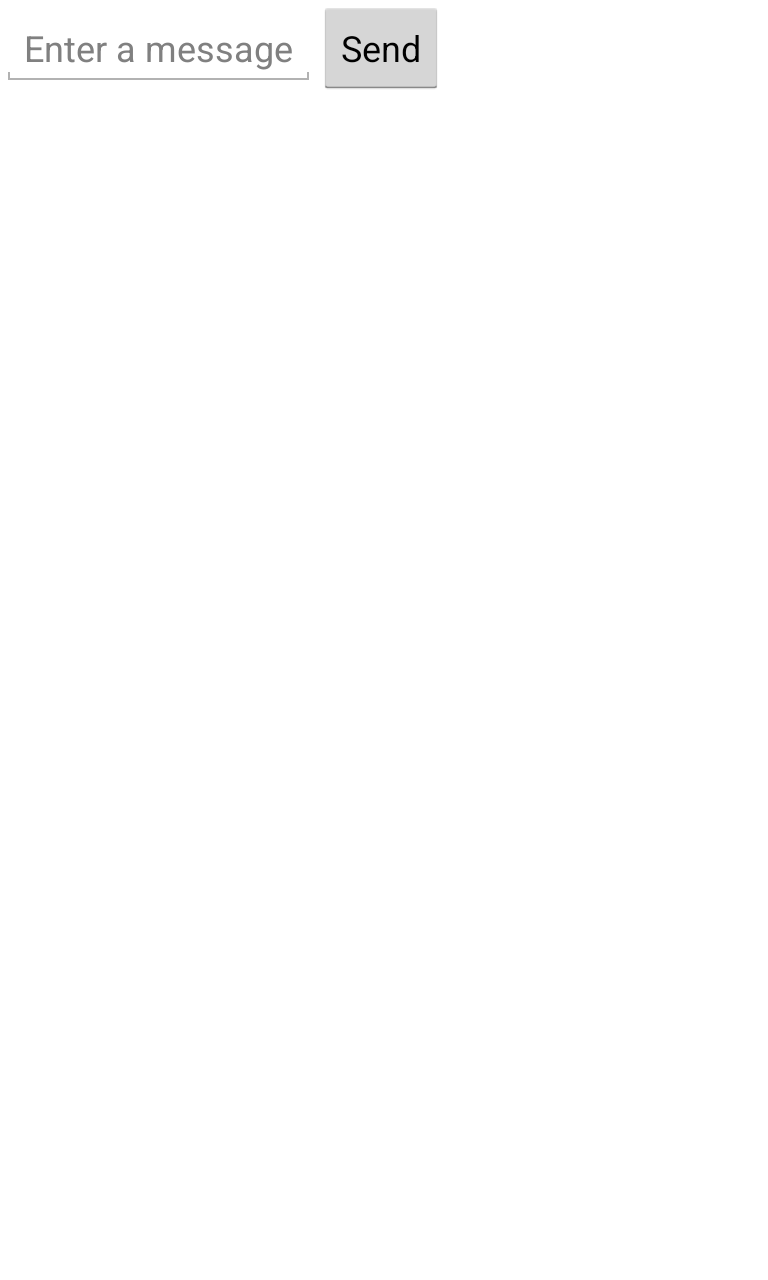
Repository: INBASD/Solar-Power-Project
Layout: Solar Power Calculate Android/res/layout/activity_main.xml
The author's editor kept a copy of each file at every save. The layout is drawn from the files as they stood at one save, then again after the next save.
It is drawn on a 768 x 1280 px phone screen (xhdpi) without system bars, with theme AppTheme; the app's code is not run.

Above is the layout before, as saved 2012-08-27 01:23:04.

After the next save:
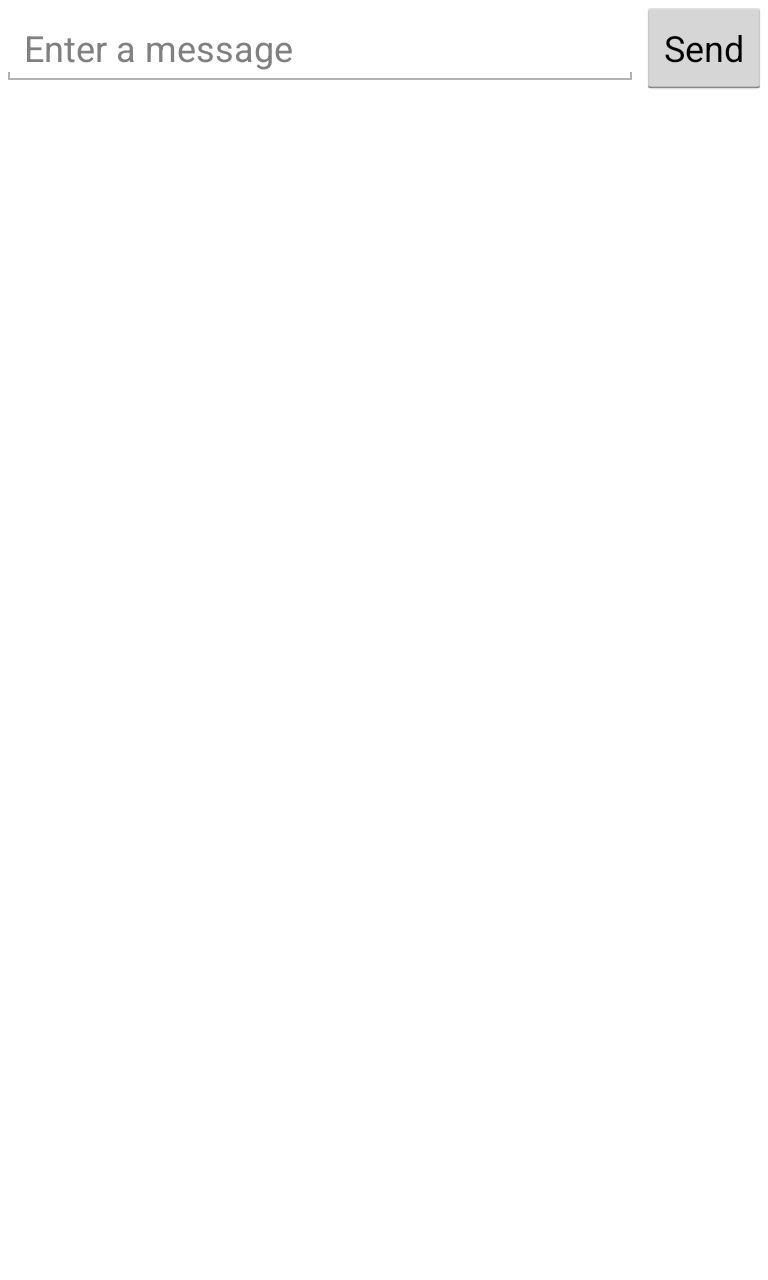
Saved 17 s later.
--- a/Solar Power Calculate Android/res/layout/activity_main.xml
+++ b/Solar Power Calculate Android/res/layout/activity_main.xml
@@ -1,15 +1,15 @@
 <?xml version="1.0" encoding="utf-8"?>
 <LinearLayout xmlns:android="http://schemas.android.com/apk/res/android"
+    xmlns:tools="http://schemas.android.com/tools"
     android:layout_width="match_parent"
     android:layout_height="match_parent"
-    android:orientation="horizontal" >
-
-	<EditText android:id="@+id/edit_message"
-        android:layout_width="wrap_content"
+    android:orientation="horizontal">
+    <EditText android:id="@+id/edit_message"
+        android:layout_weight="1"
+        android:layout_width="0dp"
         android:layout_height="wrap_content"
         android:hint="@string/edit_message" />
-
-	 <Button
+    <Button
         android:layout_width="wrap_content"
         android:layout_height="wrap_content"
         android:text="@string/button_send" />
